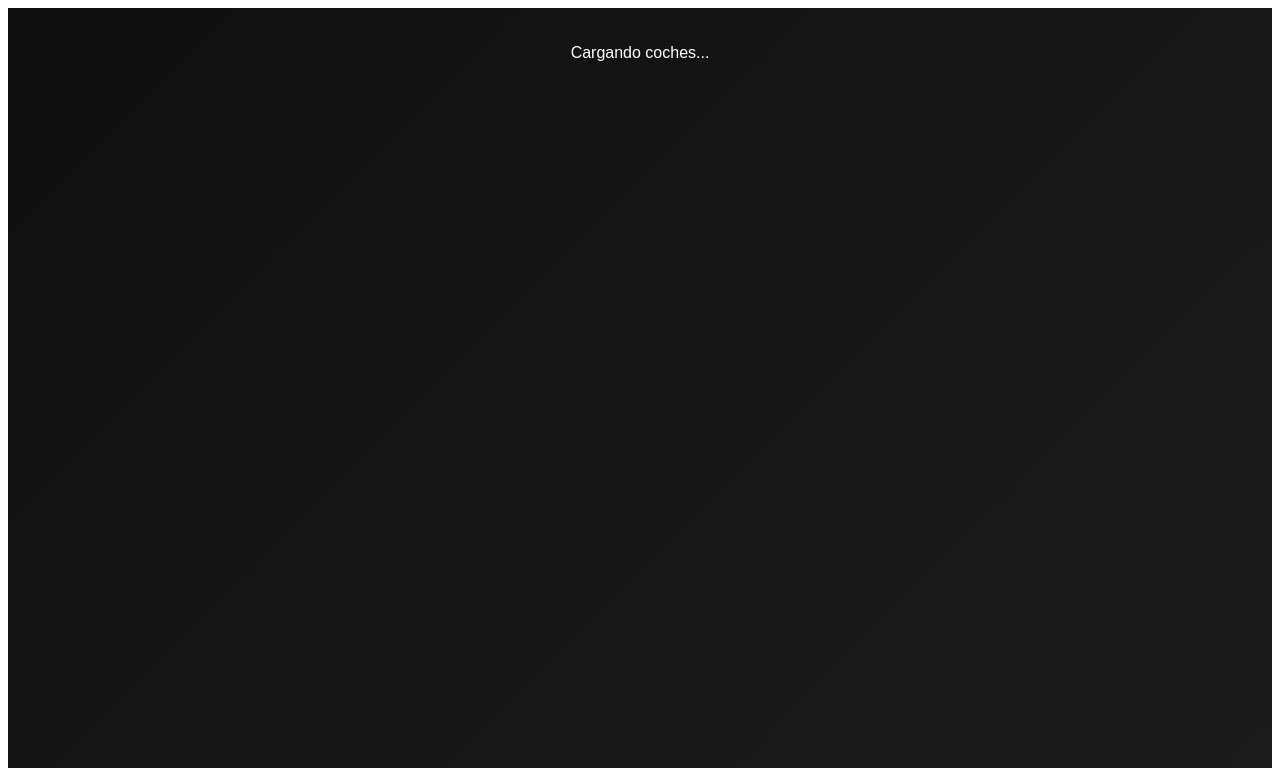
Repository: demoniers/clase
Page: /concesionario (app in misproyectos/concesionario/)
These files come from the project's save history. The page is drawn as it stood at one moment and after the next save; the edit follows.
The browser window is 1280 px wide. The pictures show the whole page.
The page's requests for data from a server got no answer. The project was rebuilt for these pictures with package versions that can differ from the ones it lists, and the page was loaded fresh each time. No one was signed in, and anything a server would have sent is missing. Imported but missing from the stored project, and not drawn on this page: misproyectos/concesionario/src/routes/Home.

Above is the page before, as saved 2025-03-19 10:40:59.

### misproyectos/concesionario/src/index.js
import React from 'react';
import { createRoot } from 'react-dom/client';
import { BrowserRouter } from 'react-router-dom';
import App from './App';

const rootElement = document.getElementById('root');
const root = createRoot(rootElement);

root.render(
  <React.StrictMode>
    <BrowserRouter>
      <App />
    </BrowserRouter>
  </React.StrictMode>
);


/*import React from 'react';
import { createRoot } from 'react-dom/client';
import App from './App';
import ReactDOM from 'react-dom/client';
import './index.css';
import { BrowserRouter } from 'react-router-dom';

const rootElement = document.getElementById('root');
const root = createRoot(rootElement);

root.render(
  <React.StrictMode>
    <App />
  </React.StrictMode>
);
*/

// If you want to start measuring performance in your app, pass a function
// to log results (for example: reportWebVitals(console.log))
// or send to an analytics endpoint. Learn more: https://bit.ly/CRA-vitals
//reportWebVitals();

### misproyectos/concesionario/src/App.js
import React from 'react';
import { Route, Routes } from 'react-router-dom';
import Home from './routes/Home';
import Concesionario from './routes/concesionario/Concesionario';

function App() {
  return (
    <Routes>
      <Route path="/" element={<Home />} />
      <Route path="/concesionario" element={<Concesionario />} />
      <Route path="/login" element={<login />} />
    </Routes>
  );
}

export default App;

### misproyectos/concesionario/src/routes/concesionario/Concesionario.js
import React, { useState, useEffect } from 'react';
import './Concesionario.css'; // Archivo CSS actualizado

function Concesionario() {
  const [coches, setCoches] = useState([]);
  const [cocheSeleccionado, setCocheSeleccionado] = useState(null);

  useEffect(() => {
    async function fetchData() {
      try {
        const response = await fetch('http://10.0.0.124:5000/api/coches');
        const data = await response.json();
        setCoches(data);
        setCocheSeleccionado(data[0]);
      } catch (error) {
        console.error('Error al obtener los datos:', error);
      }
    }

    fetchData();
  }, []);

  const seleccionarCoche = (coche) => {
    setCocheSeleccionado(coche);
  };

  return (
    <div className="concesionario">
      {cocheSeleccionado ? (
        <div className="contenido">
          {/* Imagen grande del coche */}
          <div className="imagen-grande">
            <img src={`/img/${cocheSeleccionado.img_coche}`} alt={cocheSeleccionado.nombre_coche} />
          </div>

          {/* Estadísticas del coche */}
          <div className="caracteristicas">
            <h3>Características de {cocheSeleccionado.nombre_coche}</h3>
            <div className="barra">
              <label>Velocidad:</label>
              <div className="barra-externa">
                <div
                  className="barra-interna"
                  style={{ width: `${cocheSeleccionado.velocidad || 0}%` }}
                ></div>
              </div>
            </div>
            <div className="barra">
              <label>Aceleración:</label>
              <div className="barra-externa">
                <div
                  className="barra-interna"
                  style={{ width: `${cocheSeleccionado.aceleracion || 0}%` }}
                ></div>
              </div>
            </div>
            <div className="barra">
              <label>Frenado:</label>
              <div className="barra-externa">
                <div
                  className="barra-interna"
                  style={{ width: `${cocheSeleccionado.frenado || 0}%` }}
                ></div>
              </div>
            </div>
          </div>
        </div>
      ) : (
        <p>Cargando coches...</p>
      )}

      {/* Barra de navegación */}
      <div className="barra-navegacion">
        {coches.map((coche) => (
          <div
            key={coche.id}
            className={`tarjeta ${coche.id === cocheSeleccionado.id ? 'seleccionado' : ''}`}
            onClick={() => seleccionarCoche(coche)}
          >
            <img src={`/img/${coche.img_coche}`} alt={coche.nombre_coche} />
            <p>{coche.nombre_coche}</p>
          </div>
        ))}
      </div>
    </div>
  );
}

export default Concesionario;

### misproyectos/concesionario/src/routes/concesionario/Concesionario.css
/* Concesionario.css */

/* Estilo general */
.concesionario {
  font-family: 'Arial', sans-serif;
  color: white;
  background: linear-gradient(135deg, #0f0f0f, #1c1c1c);
  display: flex;
  flex-direction: column;
  align-items: center;
  padding: 20px;
  min-height: 100vh;
}

/* Contenedor principal del contenido */
.contenido {
  display: flex;
  flex-wrap: wrap; /* Responsivo */
  align-items: flex-start;
  gap: 20px;
  width: 100%;
  max-width: 1200px;
  margin-bottom: 30px;
  justify-content: space-between; /* Espacio entre imagen y características */
}

/* Imagen del coche */
.imagen-grande {
  flex: 2; /* Ocupa más espacio relativo */
  max-width: 800px;
  text-align: center;
}

.imagen-grande img {
  width: 100%;
  border-radius: 10px;
  box-shadow: 0 8px 20px rgba(0, 0, 0, 0.8);
  transition: transform 0.5s ease, box-shadow 0.5s ease;
}

.imagen-grande img:hover {
  transform: scale(1.05);
  box-shadow: 0 12px 30px rgba(0, 0, 0, 1);
}

.imagen-grande h2 {
  font-size: 1.5rem;
  color: #e2b007;
}

/* Estadísticas del coche */
.caracteristicas {
  background: #1f1f1f;
  padding: 20px;
  border-radius: 10px;
  box-shadow: 0 4px 10px rgba(0, 0, 0, 0.7);
  color: white;
  flex: 1; /* Espacio proporcional */
  max-width: 300px; /* Ancho máximo */
}

.caracteristicas h3 {
  margin-bottom: 20px;
  text-transform: uppercase;
  color: #e2b007;
  font-size: 1.5rem;
}

.barra {
  margin-bottom: 15px;
}

.barra label {
  display: block;
  font-size: 1rem;
  margin-bottom: 5px;
}

.barra-externa {
  background: #333;
  border-radius: 10px;
  height: 20px;
  position: relative;
  overflow: hidden;
}

.barra-interna {
  background: #e2b007;
  height: 100%;
  transition: width 0.5s ease;
}

/* Barra de navegación */
.barra-navegacion {
  display: flex;
  overflow-x: auto;
  gap: 20px;
  padding: 10px;
  width: 100%;
  justify-content: center;
}

.barra-navegacion::-webkit-scrollbar {
  height: 10px;
}

.barra-navegacion::-webkit-scrollbar-thumb {
  background-color: #e2b007;
  border-radius: 10px;
}

.tarjeta {
  flex: 0 0 auto;
  background: #1f1f1f;
  border-radius: 10px;
  overflow: hidden;
  text-align: center;
  width: 150px;
  cursor: pointer;
  transition: transform 0.3s ease, background 0.3s ease;
  border: 2px solid transparent;
}

.tarjeta img {
  width: 100%;
  border-bottom: 1px solid #333;
  transition: transform 0.3s ease;
}

.tarjeta:hover img {
  transform: scale(1.05);
}

.tarjeta p {
  color: white;
  font-weight: bold;
  margin: 10px 0;
  font-size: 1rem;
}

.tarjeta:hover {
  transform: scale(1.1);
  background: #2c2c2c;
  border: 2px solid #e2b007;
}

.tarjeta.seleccionado {
  background: #e2b007;
  color: black;
  transform: scale(1.15);
  border: 2px solid #fff;
}

Loaded but not shown: misproyectos/concesionario/public/index.html (common file)

After the next save:
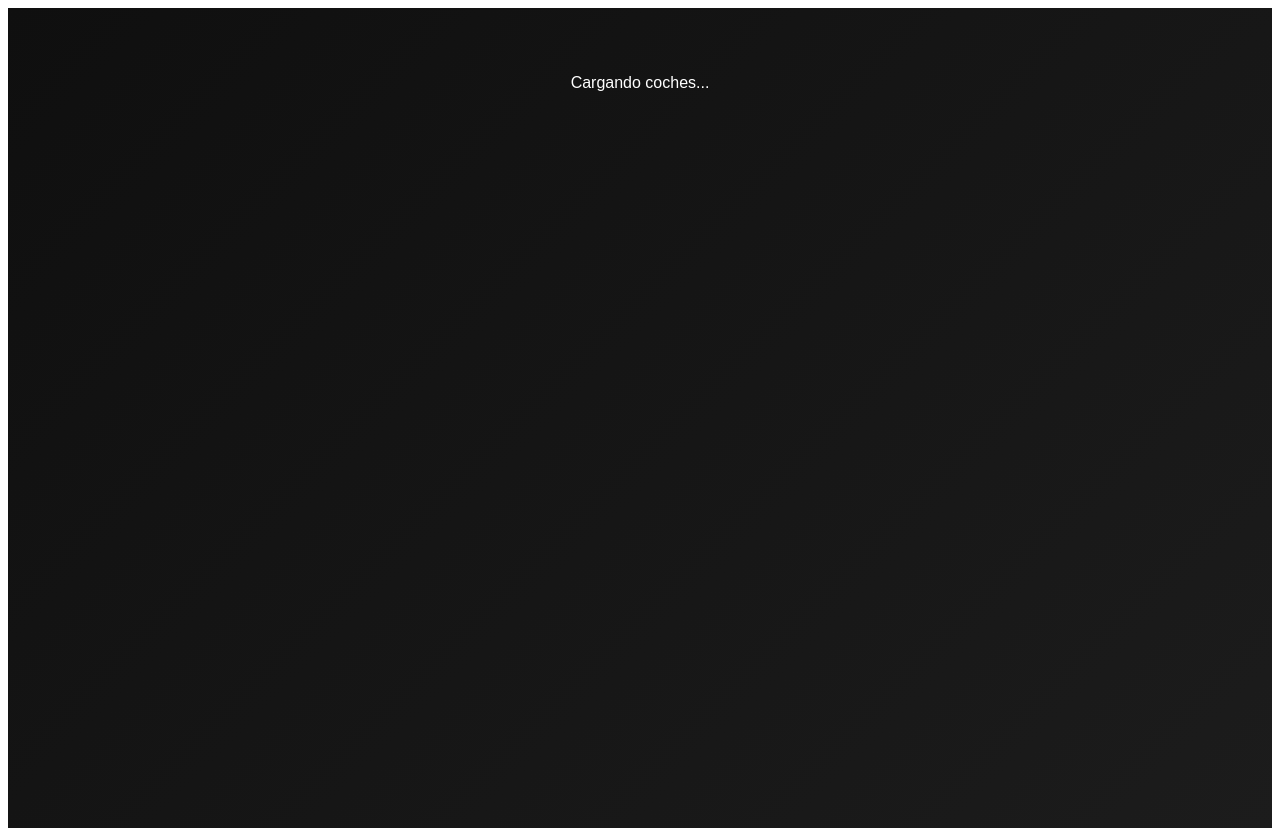
Saved 28 s later.
--- a/misproyectos/concesionario/src/routes/concesionario/Concesionario.css
+++ b/misproyectos/concesionario/src/routes/concesionario/Concesionario.css
@@ -8,7 +8,7 @@
   display: flex;
   flex-direction: column;
   align-items: center;
-  padding: 20px;
+  padding: 50px;
   min-height: 100vh;
 }
 

After the save that followed:
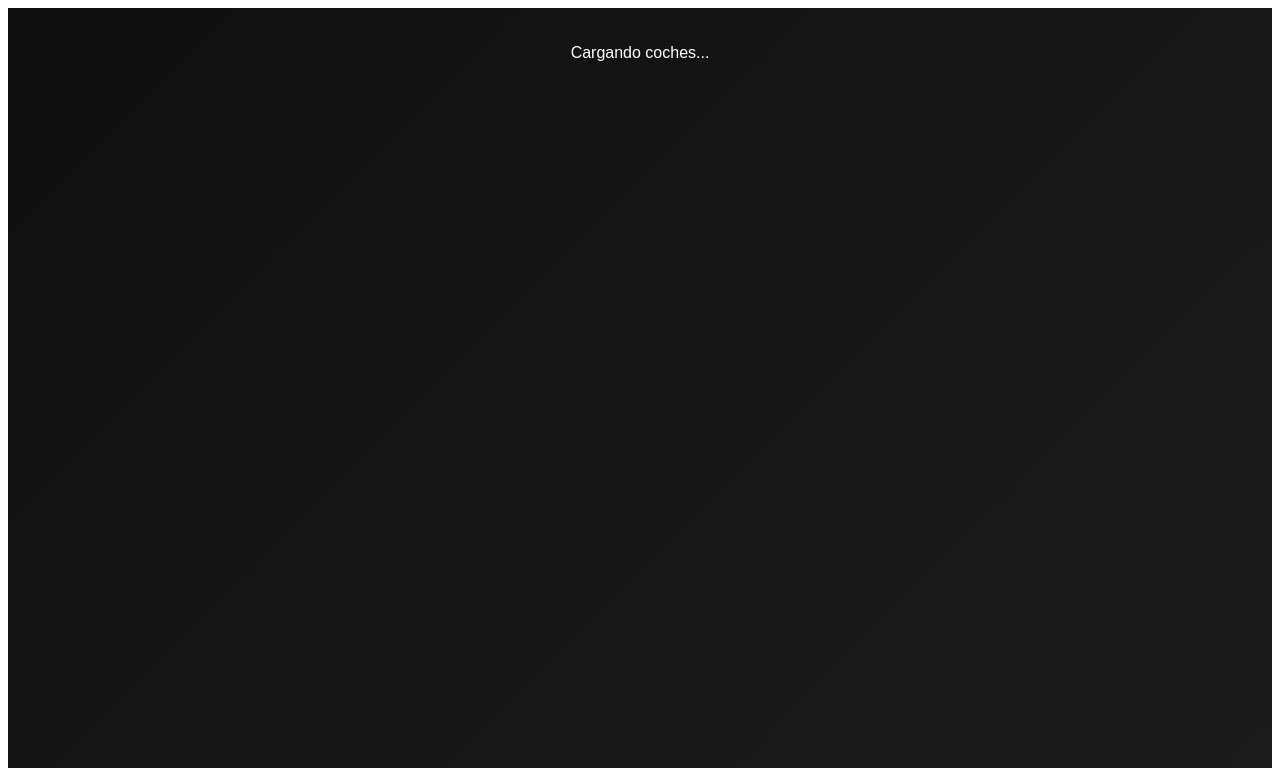
Saved 10 s later.
--- a/misproyectos/concesionario/src/routes/concesionario/Concesionario.css
+++ b/misproyectos/concesionario/src/routes/concesionario/Concesionario.css
@@ -8,7 +8,7 @@
   display: flex;
   flex-direction: column;
   align-items: center;
-  padding: 50px;
+  padding: 20px;
   min-height: 100vh;
 }
 
